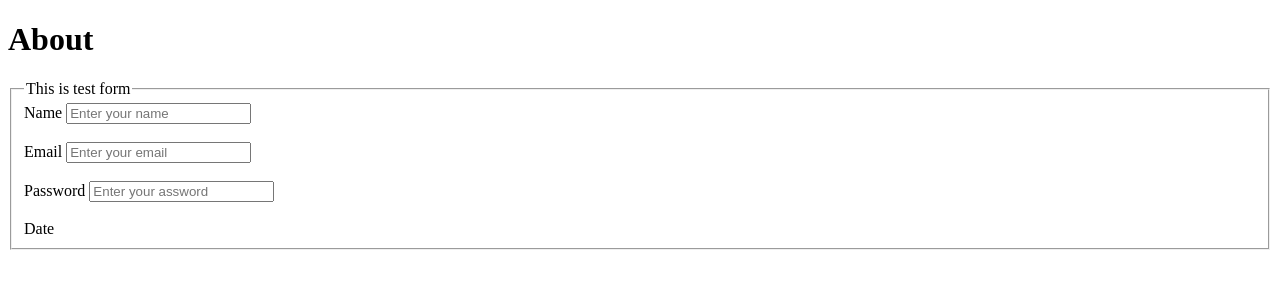
Repository: fisikusari/test-repo
Page: about.html
These files come from the project's save history. The page is drawn as it stood at one moment and after the next save; the edit follows.
The browser window is 1280 px wide. The pictures show the whole page.

Above is the page before, as saved 2021-11-11 19:02:34.

### about.html
<!DOCTYPE html>
<html lang="en">

<head>
  <meta charset="UTF-8">
  <meta http-equiv="X-UA-Compatible" content="IE=edge">
  <meta name="viewport" content="width=device-width, initial-scale=1.0">
  <title>About</title>
</head>

<body>
  <h1>About</h1>
  <!--Form Starts here-->
  <form action="">
    <!--Fieldset Starts here-->
    <fieldset>
      <legend>This is test form</legend>
      <label for="name">Name</label>
      <input type="text" id="name" name="emri" placeholder="Enter your name" /><br><br>
      <label for="email">Email</label>
      <input type="email" name="email" id="email" placeholder="Enter your email" /><br></br>
      <label for="password">Password</label>
      <input type="password" name="password" id="password" placeholder="Enter your assword"><br><br>
      <label for="date">Date</label>
    </fieldset>
    <!--Fieldset Ends here-->
  </form>
  <!--Form Ends here-->
</body>

</html>

After the next save:
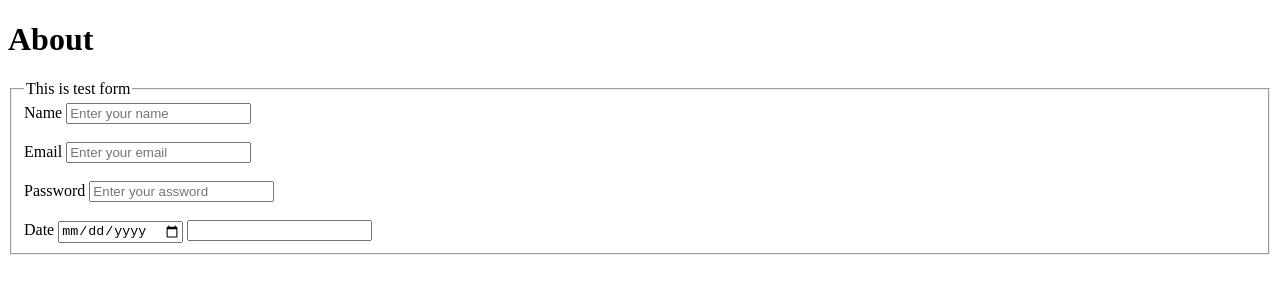
Saved 24 s later.
--- a/about.html
+++ b/about.html
@@ -22,6 +22,8 @@
       <label for="password">Password</label>
       <input type="password" name="password" id="password" placeholder="Enter your assword"><br><br>
       <label for="date">Date</label>
+      <input type="date" name="" id="">
+      <input type="datetime" name="" id="">
     </fieldset>
     <!--Fieldset Ends here-->
   </form>
